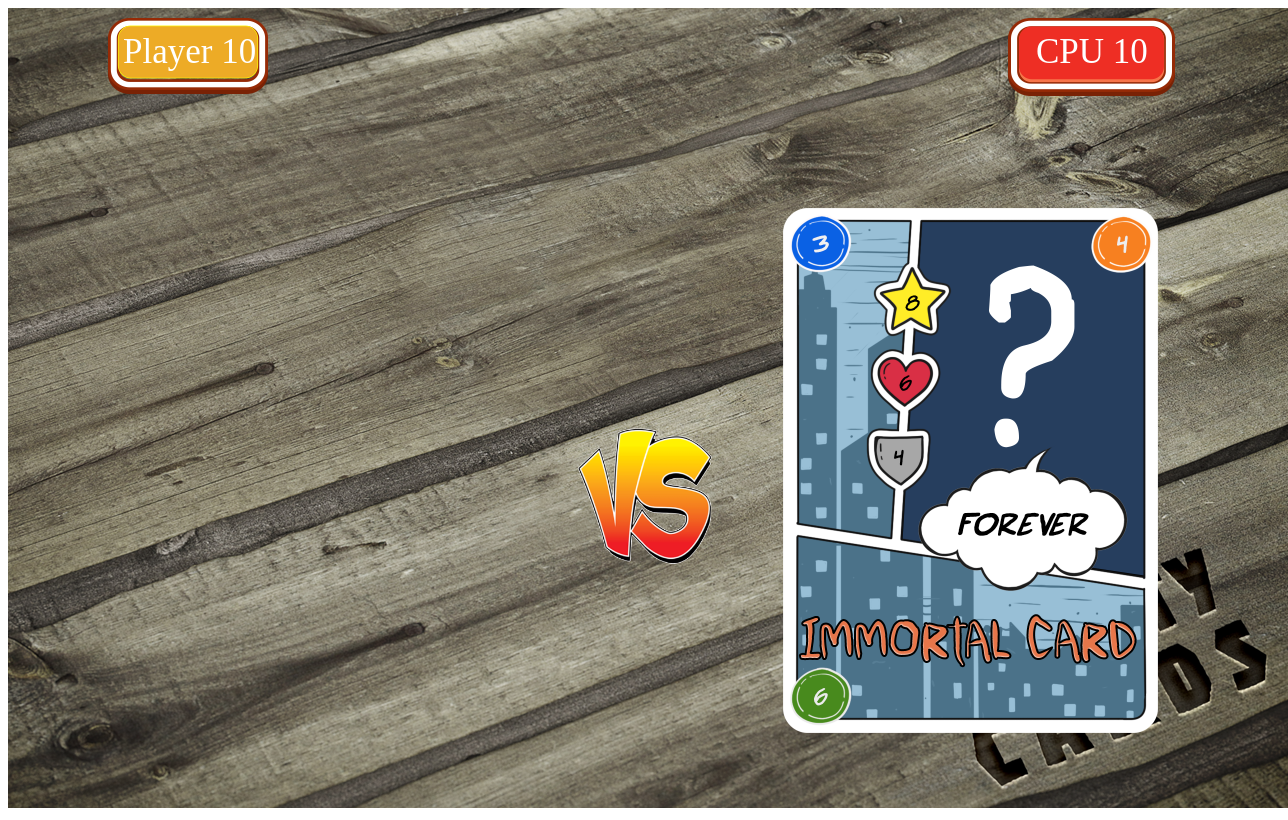
Repository: getvoiceagency/html5
Page: index.html
The author's editor kept a record of every edit. The page is drawn from the files as they stood at one moment, then again after the next edit.
The browser window is 1280 px wide. The page is 1288 px wide, so the pictures cover 1288 px, including what lies to the right of the window. The pictures show the whole page.
Some web libraries are served in a nearby version.

Above is the page before.

After the next edit:
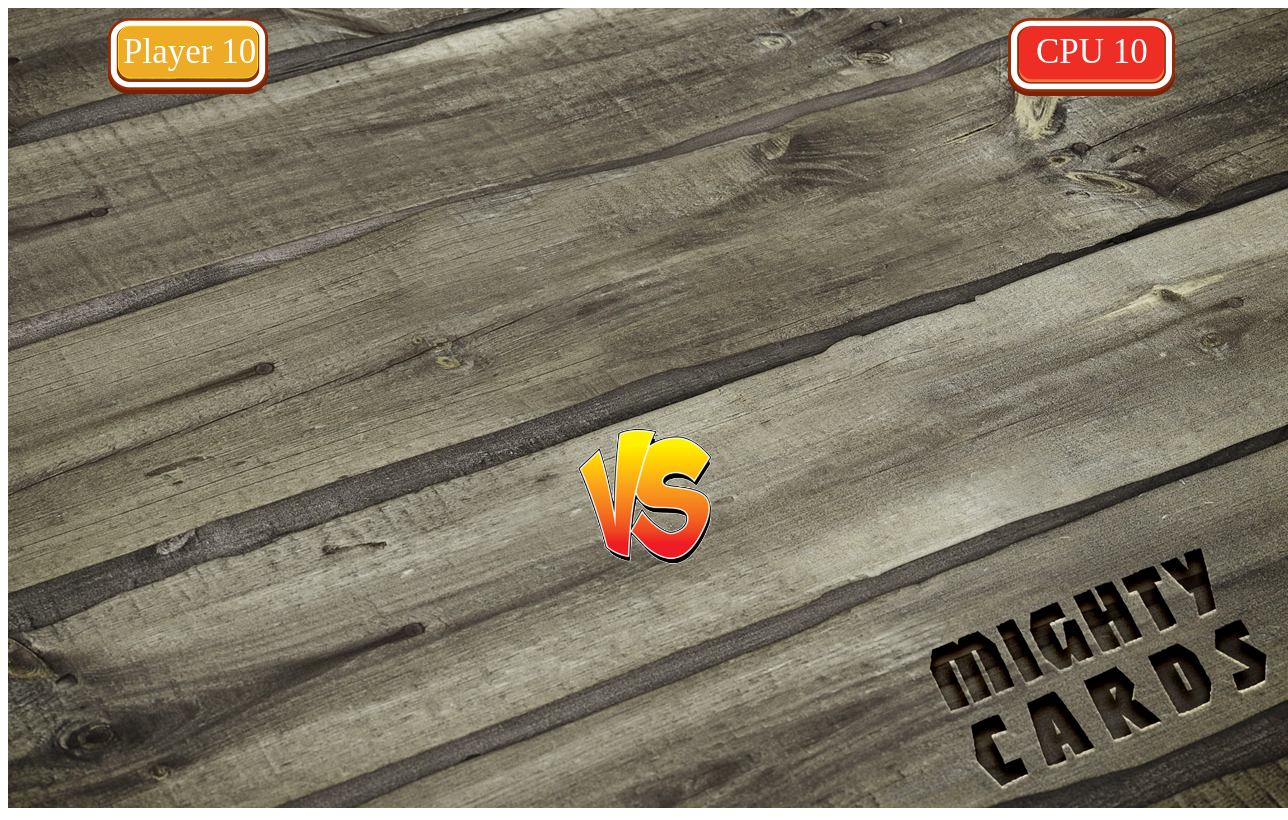
The edit:
--- a/index.html
+++ b/index.html
@@ -132,6 +132,7 @@
 // move the sprite to the center of the canvas
 card2.position.x = 1450;
 card2.position.y = 200;
+card2.alpha = 0;
 
 // Center bunny sprite in local container coordinates
 
